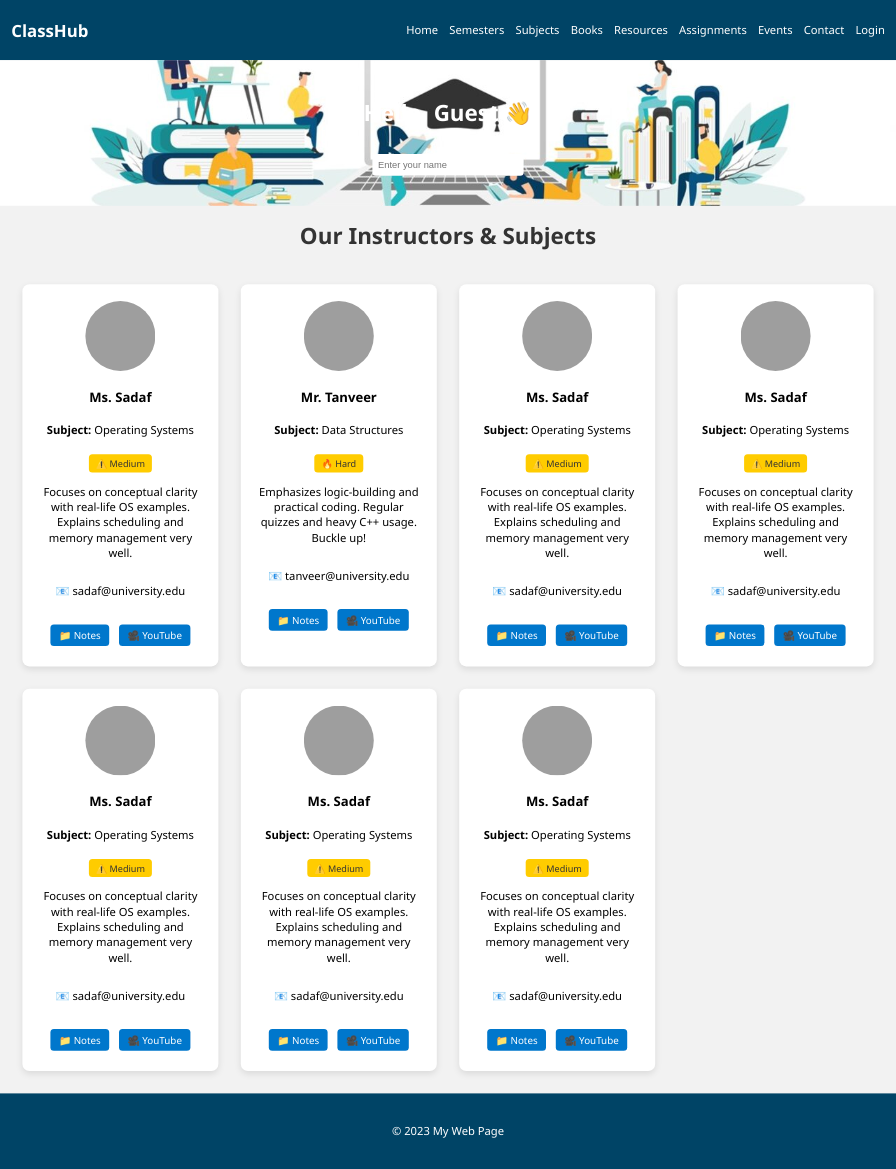
Repository: MariamSawera/eduNova
Page: subjects.html
The author's editor kept a copy of each file at every save. The page is drawn from the files as they stood at one save, then again after the next save.
The browser window is 1280 px wide. The pictures show the part of the page from y = 0 to 1920 px (the page is 1670 px tall before and 3688 px after), at 70% of full size.
Pictures or frames that could not be fetched are drawn as grey boxes.

Above is the page before, as saved 2025-07-23 19:34:20.

After the next save:
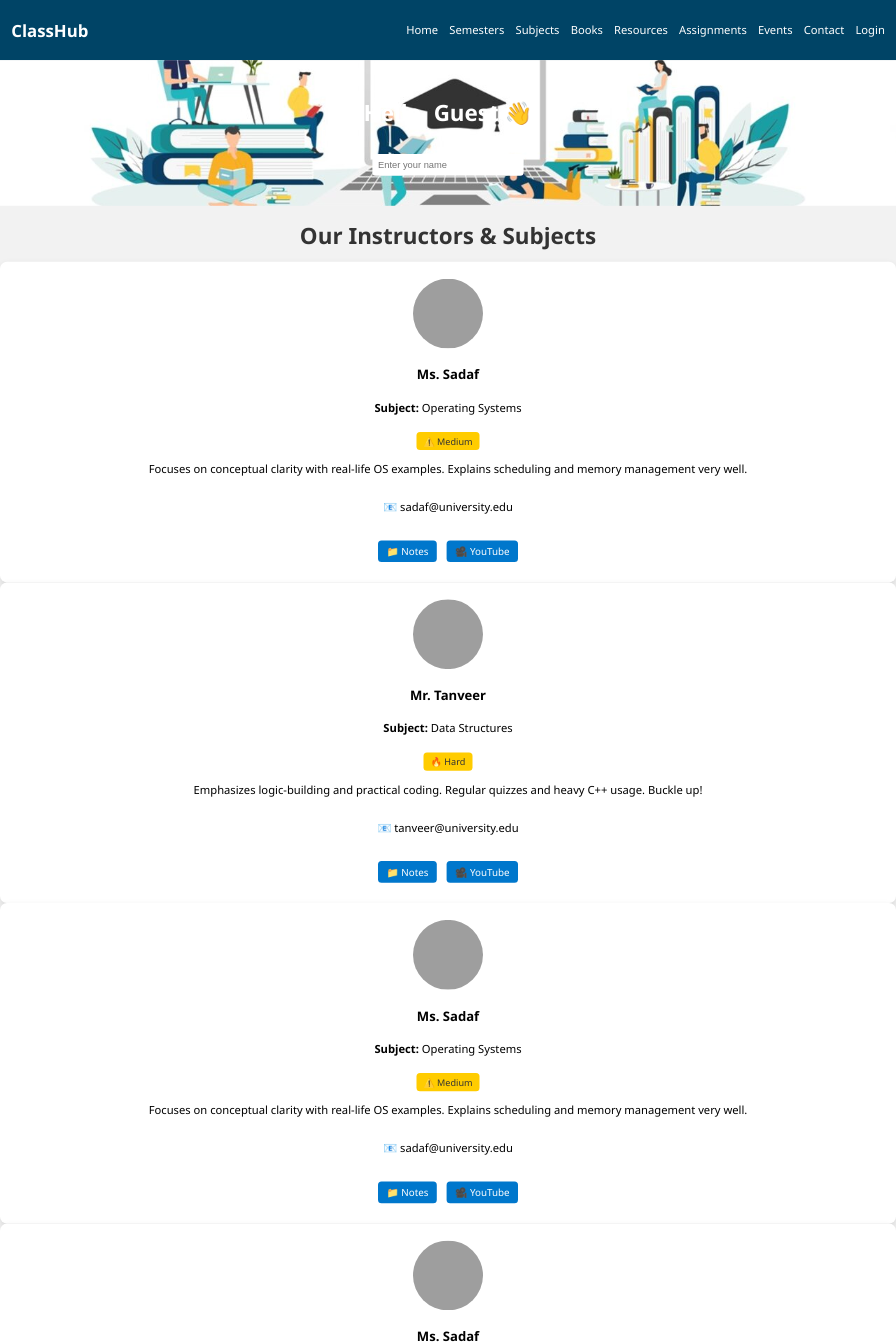
Saved 69 min 0 s later.
--- a/subjects.css
+++ b/subjects.css
@@ -1,4 +1,4 @@
-/* Container for all instructor cards */
+Container for all instructor cards
 .instructor-grid {
   display: grid; /* Arrange cards in a grid layout */
   grid-template-columns: repeat(auto-fit, minmax(280px, 1fr)); /* Make columns responsive */
